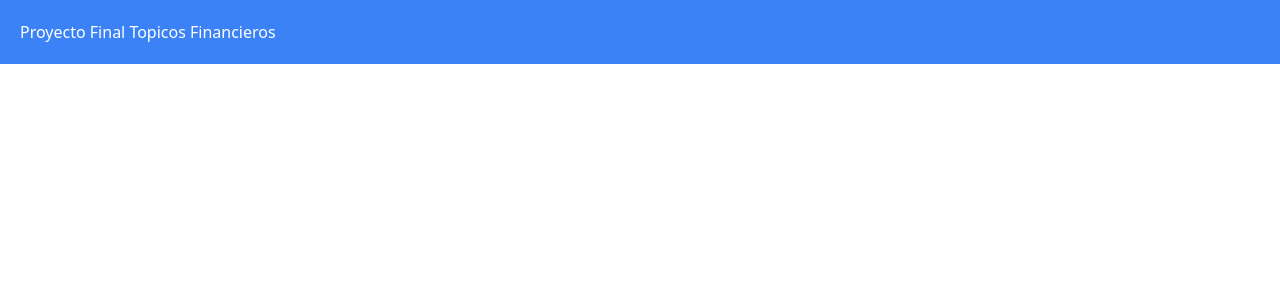
Repository: SistemaACT/Portafolio
Page: /
These files come from the project's save history. The page is drawn as it stood at one moment and after a run of saves; the edit follows.
The browser window is 1280 px wide. The pictures show the whole page.
The project was rebuilt for these pictures with package versions that can differ from the ones it lists, and the page was loaded fresh each time. The framework's server and built-in components were replaced by stand-ins that run in the browser. Also part of the build but not shown: svelte.config.js, vite.config.ts.

Above is the page before, as saved 2024-07-06 23:43:11.

After the next 2 saves:
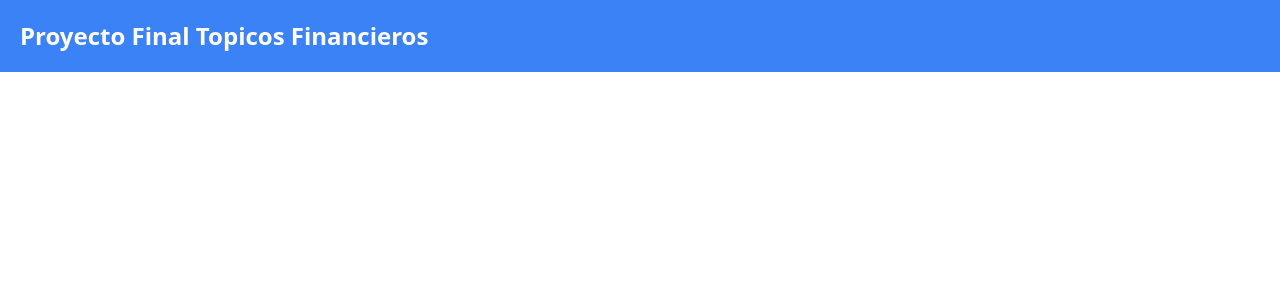
The 2 saves are shown as one change because they came seconds apart.
The last was saved 13 s later.
--- a/src/routes/+page.svelte
+++ b/src/routes/+page.svelte
@@ -1,3 +1,3 @@
-<div class="w-full bg-blue-500 text-white p-5">
+<div class="w-full bg-blue-500 text-white p-5 text-2xl font-bold">
     Proyecto Final Topicos Financieros
 </div>
